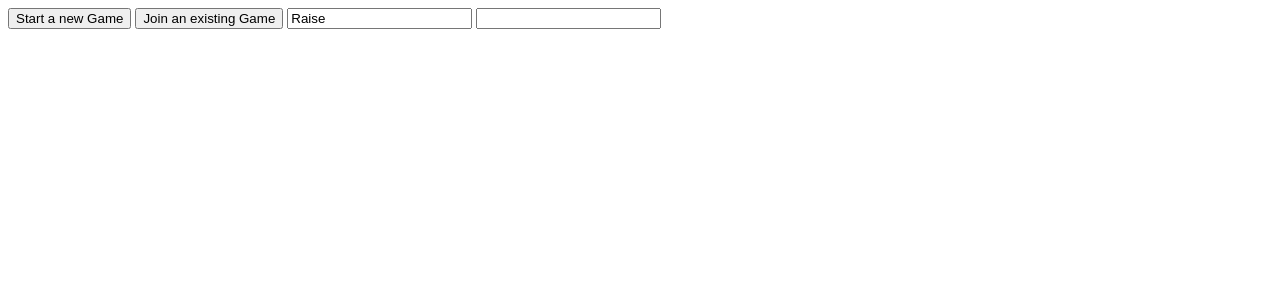
Repository: J2EEBeliever/ISA681_Poker2
Page: http://localhost/StrutsAjax/
An editor plug-in stored every save of this project. The page is shown before and after the next save, followed by the edit.
The browser window is 1280 px wide. The pictures show the whole page.
The page is served by Tomcat 9. Nobody is signed in. The application's start-up code is not run. Other server files are loaded and not shown.

Above is the page before, as saved 2015-12-04 17:24:24.

### SOURCE/StrutsAjax/WebContent/index.jsp
<%@ page contentType="text/html; charset=UTF-8"%>
<%@ taglib prefix="s" uri="/struts-tags"%>
<html>
<head>
<title>Ajax in Struts</title>

<script language="javascript" type="text/javascript">

/*
 * Author: Linus Freeman
 *
 */


//Browser Support Code
function ajaxFunctionbk(){

	alert('executing ajaxFunction()');
	var ajaxRequest;  // The variable that makes Ajax possible!

	try{
		// Opera 8.0+, Firefox, Safari
		ajaxRequest = new XMLHttpRequest();
		alert('executing ajaxFunction() #10');

	} catch (e){
		// Internet Explorer Browsers

		alert('executing ajaxFunction() #20');

		try{
			ajaxRequest = new ActiveXObject("Msxml2.XMLHTTP");
		} catch (e) {
			try{
				ajaxRequest = new ActiveXObject("Microsoft.XMLHTTP");
			} catch (e){
				// Something went wrong
				alert("Your browser broke!");
				return false;
			}
		}

	}

	alert('executing ajaxFunction() #30');


	// Create a function that will receive data sent from the server
	ajaxRequest.onreadystatechange = function(){
		if(ajaxRequest.readyState == 4){
			var ajaxDisplay = document.getElementById('ajaxDiv');
			ajaxDisplay.innerHTML = ajaxRequest.responseText;
		}
	}
//	var age = document.getElementById('age').value;
//	var wpm = document.getElementById('wpm').value;
//	var sex = document.getElementById('sex').value;
//	var queryString = "?age=" + age + "&wpm=" + wpm + "&sex=" + sex;

	alert('executing ajaxFunction() #40');


var queryString = '?playerContent=yes';
	ajaxRequest.open("GET", 'ajaxLogicAction' + queryString, true);
	ajaxRequest.send(null);

	alert('executing ajaxFunction() #50');

}

</script>


<script src="js/jquery-1.6.2.js" type="text/javascript"></script>
<script type="text/javascript">

function joinGameNow(gamePlayer1UserName) {


	alert('#30 exuting javaScript Function joinGameNow(gamePlayer1UserName)');


	$.ajax({
		type : "POST",
		url : '${pageContext.request.contextPath}/joinGameNow.html?gamePlayer1UserName=' + gamePlayer1UserName ,
		success : function(response) {
			$('.result').html(response);
		}
	});

}

function playerContent() {

	alert('#10');


	$.ajax({
		type : "POST",
		url : '${pageContext.request.contextPath}/getPlayerTurn.html',
		success : function(response) {
			$('.result').html(response);
		}
	});
}

function playActiveGame() {

	alert('In method playActiveGame()');


	$.ajax({
		type : "POST",
		url : '${pageContext.request.contextPath}/playActiveGame.html',
		success : function(response) {
			$('.result').html(response);
		}
	});

	setTimeout(playActiveGame,5000)


}


$(document).ready(function() {


	/*)
		$('#joinGameNow1').click(function() {
			$.ajax({
				type : "POST",
				url : '${pageContext.request.contextPath}/joinGameNow1.html',
				success : function(response) {
					$('.result').html(response);
				}
			});
		});
	*/

		$('#joinGameNow1').click(function() {
			$.ajax({
				type : "POST",
				url : '${pageContext.request.contextPath}/joinGameNow1.html',
				success : function(response) {
					$('.result').html(response);
				}
			});
		});



		$('#buttonJoinGame2').click(function() {
			$.ajax({
				type : "POST",
				url : '${pageContext.request.contextPath}/joinGame2.html',
				success : function(response) {
					$('.result').html(response);
				}
			});
		});


		$('#buttonNewGame').click(function() {
			$.ajax({
				type : "POST",
				url : '${pageContext.request.contextPath}/newGame.html',
				success : function(response) {
					$('.result').html(response);
				}
			});
		});


/*
		$('#buttonJoinGame').click(function() {
			$.ajax({
				type : "POST",
				url : '${pageContext.request.contextPath}/joinGame.html',
				success : function(response) {
					$('.result').html(response);
				}
			});
		});
*/

		$('#buttonHello').click(function() {
			$.ajax({
				type : "POST",
				url : '${pageContext.request.contextPath}/hello.html',
				success : function(response) {
					$('.result').html(response);
				}
			});
		});

		$('#buttonSum').click(function() {
			$.ajax({
				type : "GET",
				data : {
					a : 1,
					b : 2
				},
				url : '${pageContext.request.contextPath}/sum.html',
				success : function(response) {
					$('.result').html(response);
				}
			});
		});

		$('#buttonFind').click(function() {
			$.ajax({
				type : "GET",
				headers : {
					Accept : "application/json; charset=utf-8",
					"Content-Type" : "application/json; charset=utf-8"
				},
				url : '${pageContext.request.contextPath}/find.html',
				success : function(response) {
					var result = 'Id: ' + response.sp.id + '<br>Name: ' + response.sp.name + '<br>Price: ' + response.sp.price;
					$('.result').html(result);
				}
			});
		});

		//buttonJoinGame
		$('#buttonJoinGame').click(function() {
			$.ajax({
				type : "GET",
				headers : {
					Accept : "application/json; charset=utf-8",
					"Content-Type" : "application/json; charset=utf-8"
				},
				url : '${pageContext.request.contextPath}/joinGame.html',
				success : function(response) {
					var n = response.lu.length;
					var result = '';
					for(var i=0; i<n; i++)
						//result += '<br><a href = "${pageContext.request.contextPath}/joinGameNow.html?gameUserName="' + response.lu[i].userName + '" value = "' + response.lu[i].userName + '">';
						result += '<br>' + response.lu[i].userName + '<br>';
					$('.result').html(result);
				}
			});
		});



		$('#buttonFindAll').click(function() {
			$.ajax({
				type : "GET",
				headers : {
					Accept : "application/json; charset=utf-8",
					"Content-Type" : "application/json; charset=utf-8"
				},
				url : '${pageContext.request.contextPath}/findall.html',
				success : function(response) {
					var n = response.lp.length;
					var result = '';
					for(var i=0; i<n; i++)
						result += '<br>Id: ' + response.lp[i].id + ' - Name: ' + response.lp[i].name + ' - Price: ' + response.lp[i].price;
					$('.result').html(result);
				}
			});
		});

	});
</script>
</head>


<body onload "setTimeout(playActiveGame,5000)">

	<input type="button" value="Start a new Game" id="buttonNewGame">
	<!-- input type="button" value="Join an existing Game" id="buttonJoinGame" -->
	<input type="button" value="Join an existing Game" id="buttonJoinGame2">

	<input type="text" name = "raise" value = "Raise" id = "raise"  onclick="raise()">
	<input type "text" name "betAmount"  value "0" id = "betAmount">


	<!--   input type="button" value="Hello" id="buttonHello">
	<input type="button" value="Sum" id="buttonSum">
	<input type="button" value="Find" id="buttonFind">
	<input type="button" value="Find All" id="buttonFindAll" -->
	<br>
	<div class="result"></div><BR><BR>
	<div class="result2"></div>


</body>
</html>

Loaded but not shown: SOURCE/StrutsAjax/WebContent/js/jquery-1.6.2.js (library)

After the next save:
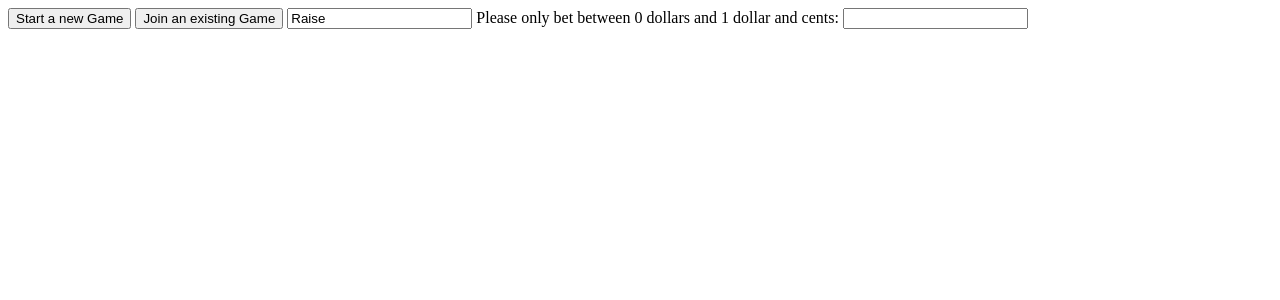
Saved 36 s later.
--- a/SOURCE/StrutsAjax/WebContent/index.jsp
+++ b/SOURCE/StrutsAjax/WebContent/index.jsp
@@ -275,7 +275,7 @@ $(document).ready(function() {
 	<input type="button" value="Join an existing Game" id="buttonJoinGame2">
 
 	<input type="text" name = "raise" value = "Raise" id = "raise"  onclick="raise()">
-	<input type "text" name "betAmount"  value "0" id = "betAmount">
+	Please only bet between 0 dollars and 1 dollar and cents: <input type "text" name "betAmount"  value "0" id = "betAmount">
 
 
 	<!--   input type="button" value="Hello" id="buttonHello">
